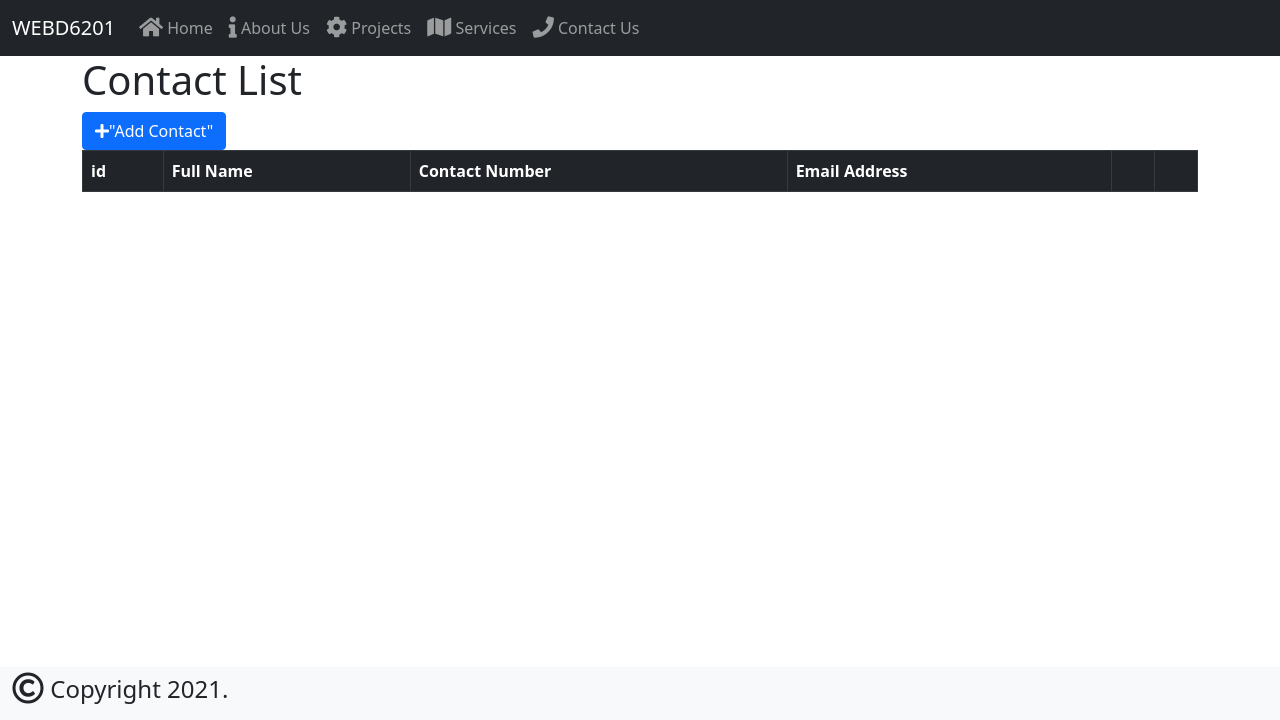
Repository: aphim/webd6201ICE6
Page: contact-list.html
The author's editor kept a copy of each file at every save. The page is drawn from the files as they stood at one save, then again after the next save.
The browser window is 1280 px wide. The pictures show the whole page.

Above is the page before, as saved 2021-02-10 09:41:30.

After the next save:
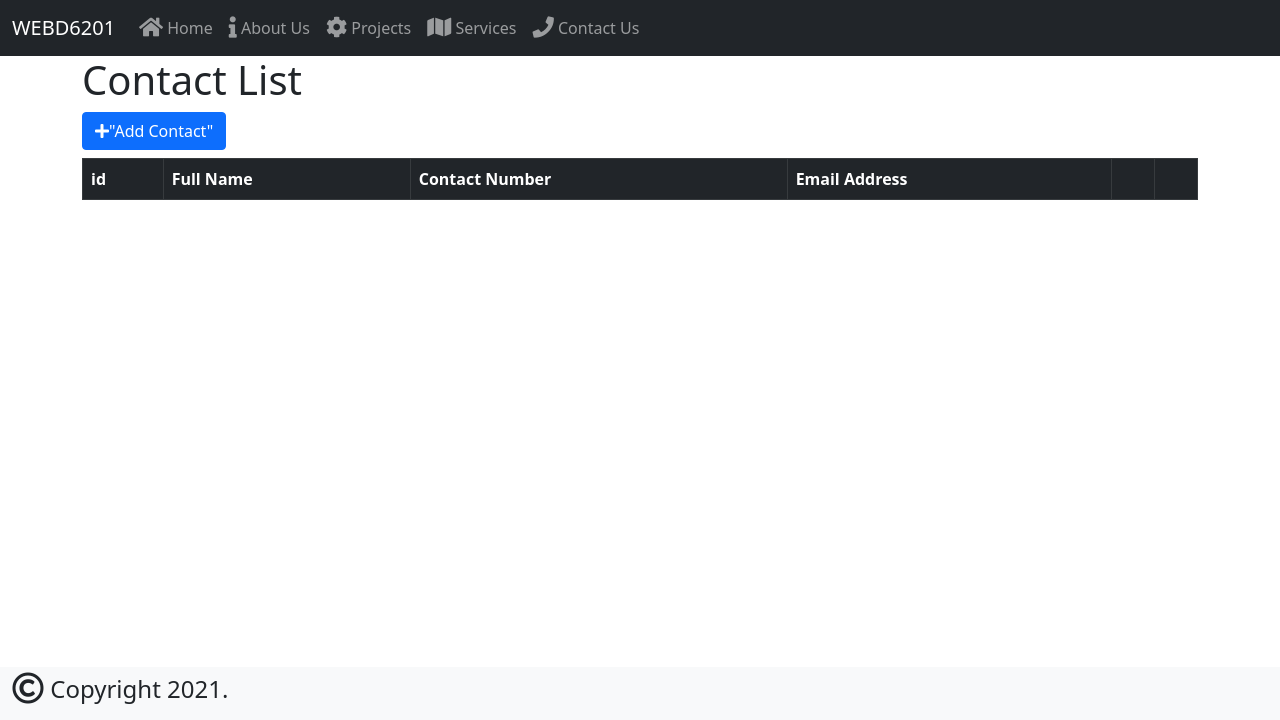
Saved 51 s later.
--- a/contact-list.html
+++ b/contact-list.html
@@ -53,7 +53,7 @@
         <div class="row">
           <div class="col">
 
-            <button class="btn btn-primary"><i class="fas fa-plus"></i>"Add Contact"</button>
+            <button class="btn btn-primary mb-2"><i class="fas fa-plus"></i>"Add Contact"</button>
 
             <table class="table table-striped table-bordered table-hover">
               <thead class="table-dark">
